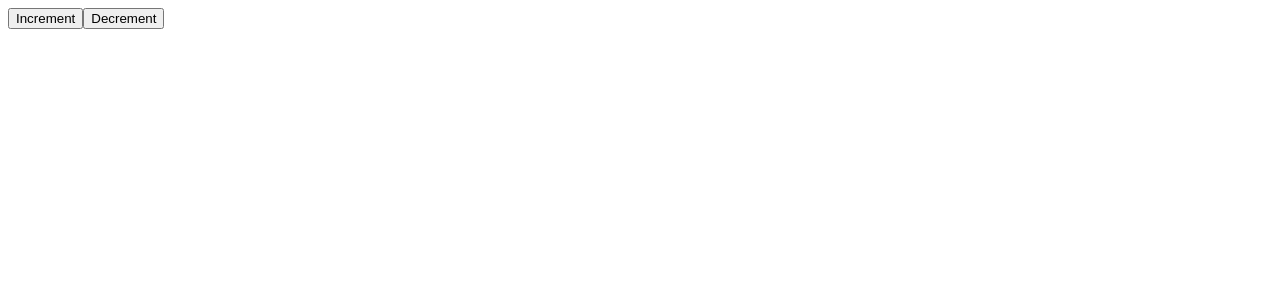
Repository: otvertka/ulb
Page: /
These files come from the project's save history. The page is drawn as it stood at one moment and after the next save; the edit follows.
The browser window is 1280 px wide. The pictures show the whole page.
The project was rebuilt for these pictures with package versions that can differ from the ones it lists, and the page was loaded fresh each time.

Above is the page before, as saved 2023-06-09 12:57:30.

After the next save:
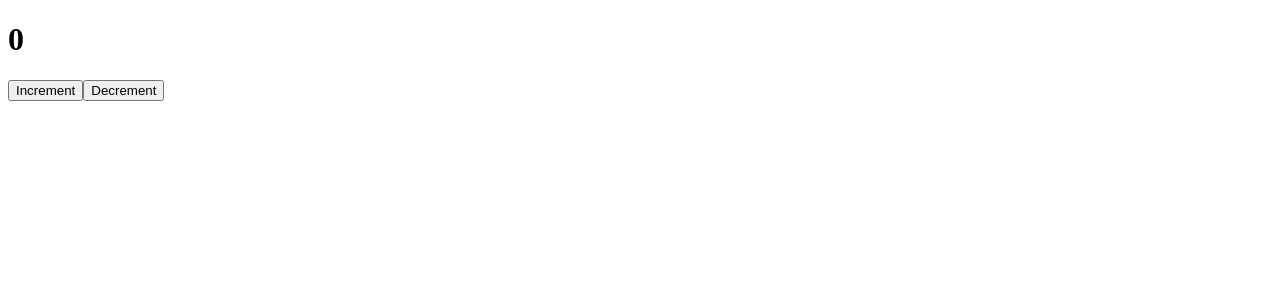
Saved 38 s later.
--- a/src/App.js
+++ b/src/App.js
@@ -4,6 +4,7 @@ function App() {
   let likes = 0;
   return (
     <div className="App">
+      <h1>{likes}</h1>
       <button onClick={() => (likes += 1)}>Increment</button>
       <button onClick={() => (likes -= 1)}>Decrement</button>
     </div>
